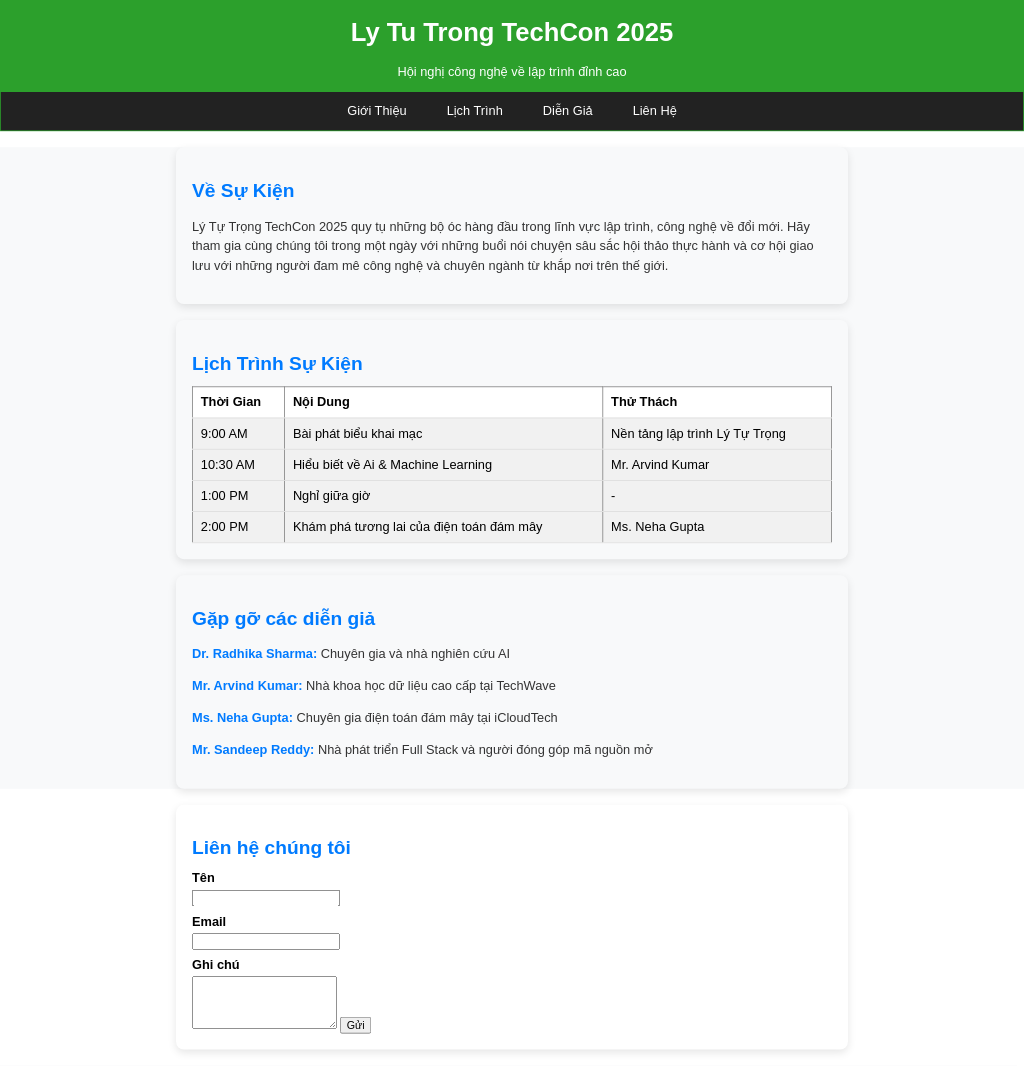
Repository: NhatMinh121/BaiTapVeNha1
Page: index.html
An editor plug-in stored every save of this project. The page is shown before and after the next save, followed by the edit.
The browser window is 1280 px wide. The pictures show the whole page, at 80% of full size.

Above is the page before, as saved 2025-03-28 23:19:55.

After the next save:
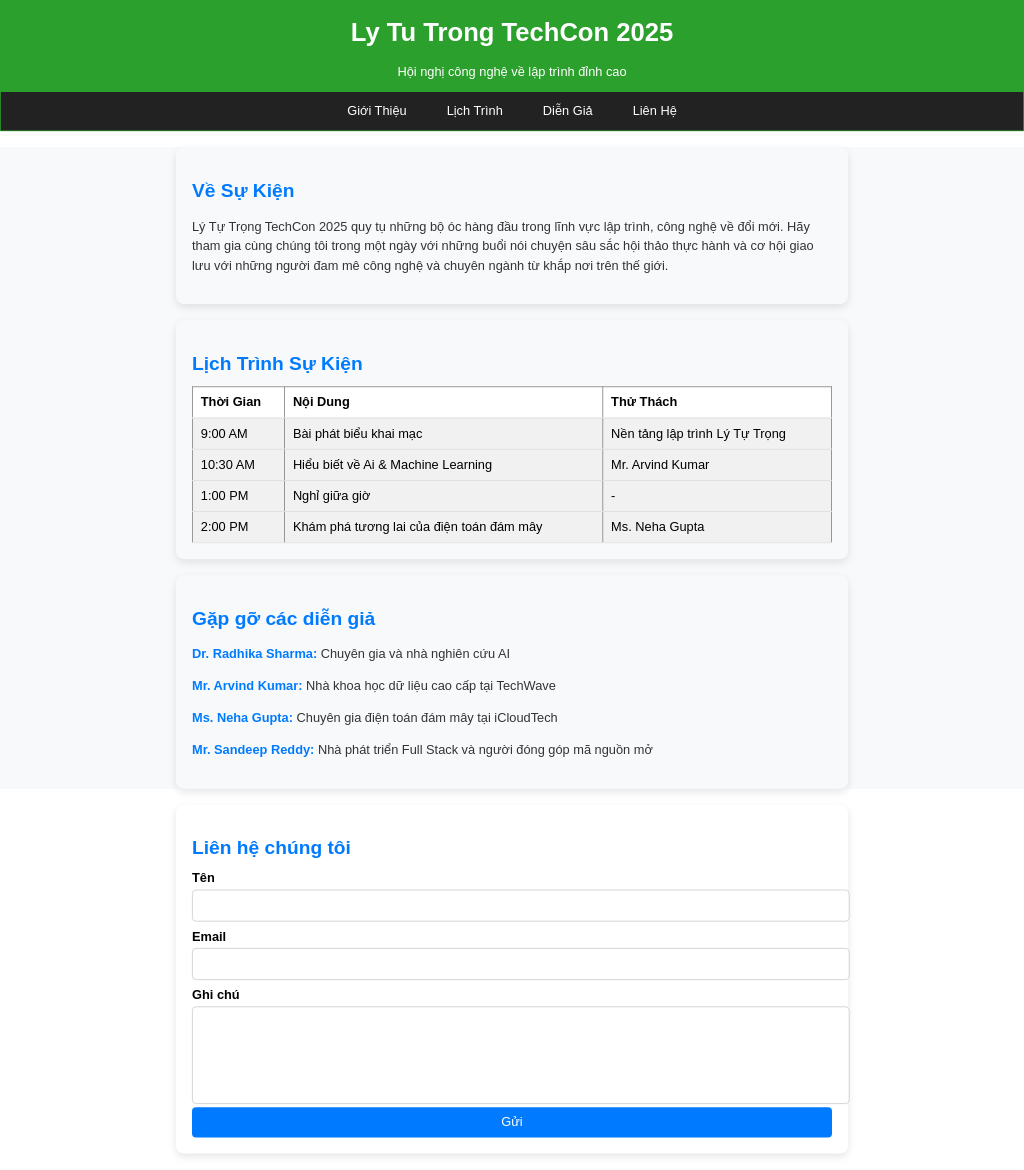
Saved 42 s later.
--- a/style.css
+++ b/style.css
@@ -153,3 +153,34 @@ tr:hover {
     display: block;
     margin: 10px 0 5px;
 }
+
+.footer-contract input,
+.footer-contract textarea {
+    width: 100%;
+    padding: 10px;
+    border: 1px solid #ccc;
+    border-radius: 5px;
+    font-size: 16px;
+    outline: none;
+}
+
+.footer-contract textarea {
+    height: 100px;
+    resize: none;
+}
+
+.footer-contract button {
+    width: 100%;
+    padding: 10px;
+    background-color: #007bff;
+    color: white;
+    border: none;
+    border-radius: 5px;
+    font-size: 16px;
+    cursor: pointer;
+    transition: background 0.3s ease-in-out;
+}
+
+.footer-contract button:hover {
+    background-color: #0056b3;
+}
